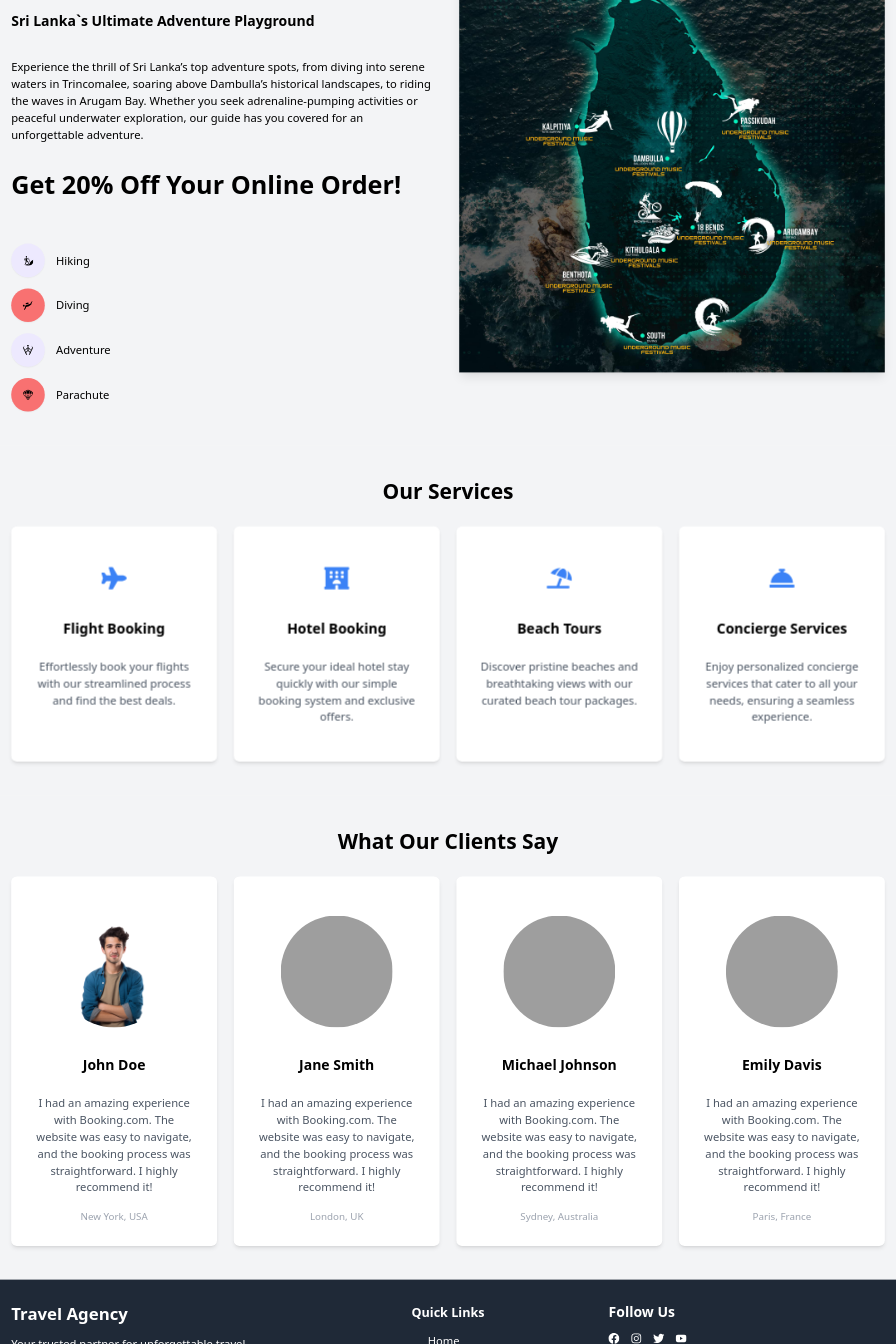
Repository: thisara199/Travel-Agency-Website
Page: /
An editor plug-in stored every save of this project. The page is shown before and after the next save, followed by the edit.
The browser window is 1280 px wide. The pictures show the part of the page from y = 1440 to 3360 px (the page is 3569 px tall before and 3809 px after), at 70% of full size.
Pictures or frames that could not be fetched are drawn as grey boxes. The project was rebuilt for these pictures with package versions that can differ from the ones it lists, and the page was loaded fresh each time. Also part of the build but not shown: vite.config.js, src/pages/About.jsx.

Above is the page before, as saved 2024-09-04 08:00:25.

After the next save:
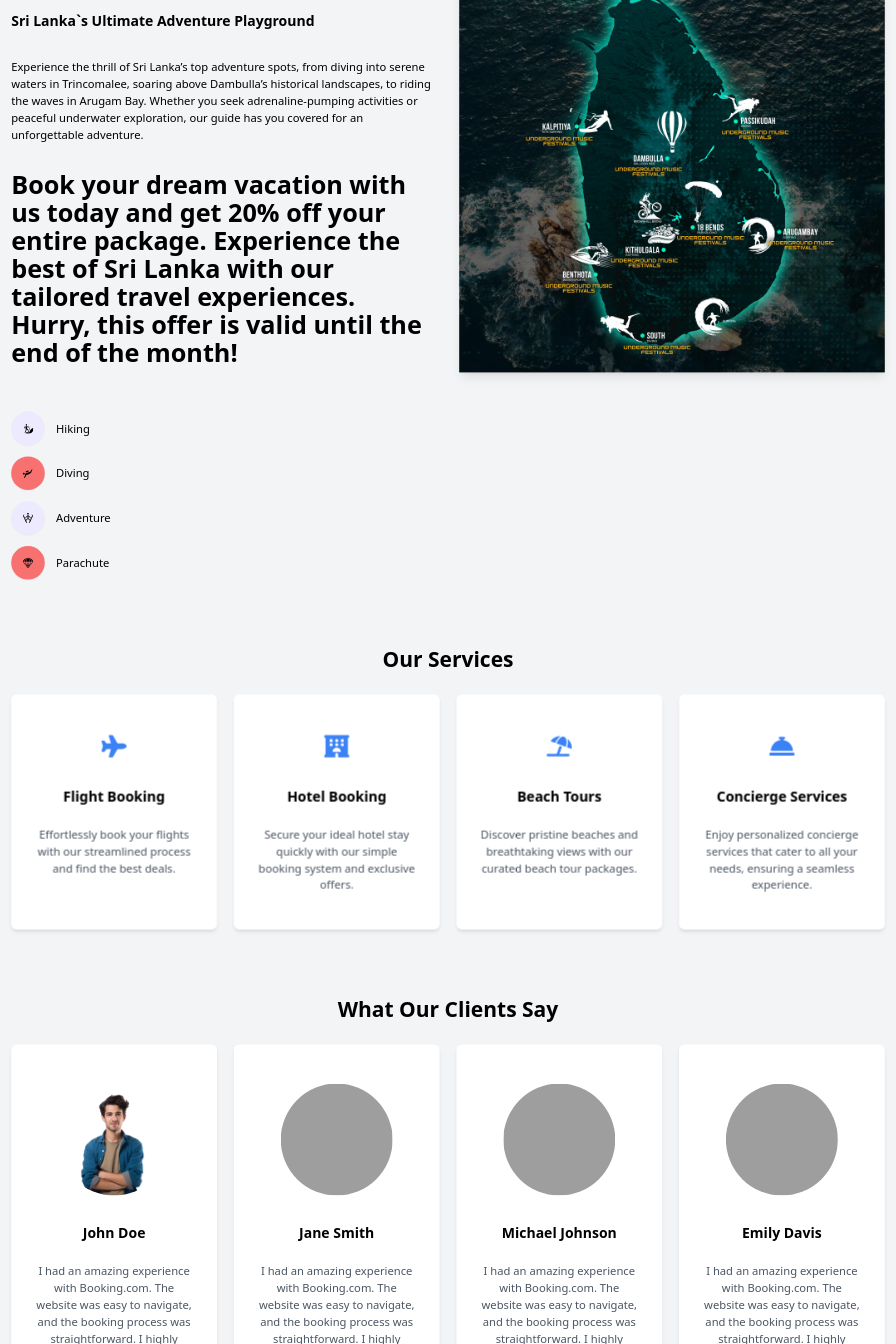
Saved 10 min 59 s later.
--- a/src/components/Banner/Banner.jsx
+++ b/src/components/Banner/Banner.jsx
@@ -14,7 +14,7 @@ const Banner1 = () => {
            <h2 data-aos="fade-up" className='mt-0 text-xl font-semibold lg:mt-10'>Sri Lanka`s Ultimate Adventure Playground</h2>
            <p data-aos="fade-up" className='mt-0 lg:mt-10'>Experience the thrill of Sri Lanka’s top adventure spots, from diving into serene waters in Trincomalee, soaring above Dambulla’s historical landscapes, to riding the waves in Arugam Bay. Whether you seek adrenaline-pumping activities or peaceful underwater exploration, our guide has you covered for an unforgettable adventure.</p>
            <div className='flex flex-col justify-center gap-6 mt-0 sm:pt-0 lg:mt-10'>
-            <h1 data-aos="fade-up" className='mb-0 text-3xl font-bold sm:text-4xl lg:mb-10'>Get 20% Off Your Online Order! </h1>
+            <h1 data-aos="fade-up" className='mb-0 text-3xl font-bold sm:text-4xl lg:mb-10'>Book your dream vacation with us today and get 20% off your entire package. Experience the best of Sri Lanka with our tailored travel experiences. Hurry, this offer is valid until the end of the month!</h1>
             <div className='flex flex-col gap-4'>
               <div data-aos="fade-up" className='flex items-center gap-4'>
                 <GiHiking className='w-12 h-12 p-4 text-4xl rounded-full shadow-sm bg-violet-100 text-primary dark:bg-violet-400' />
